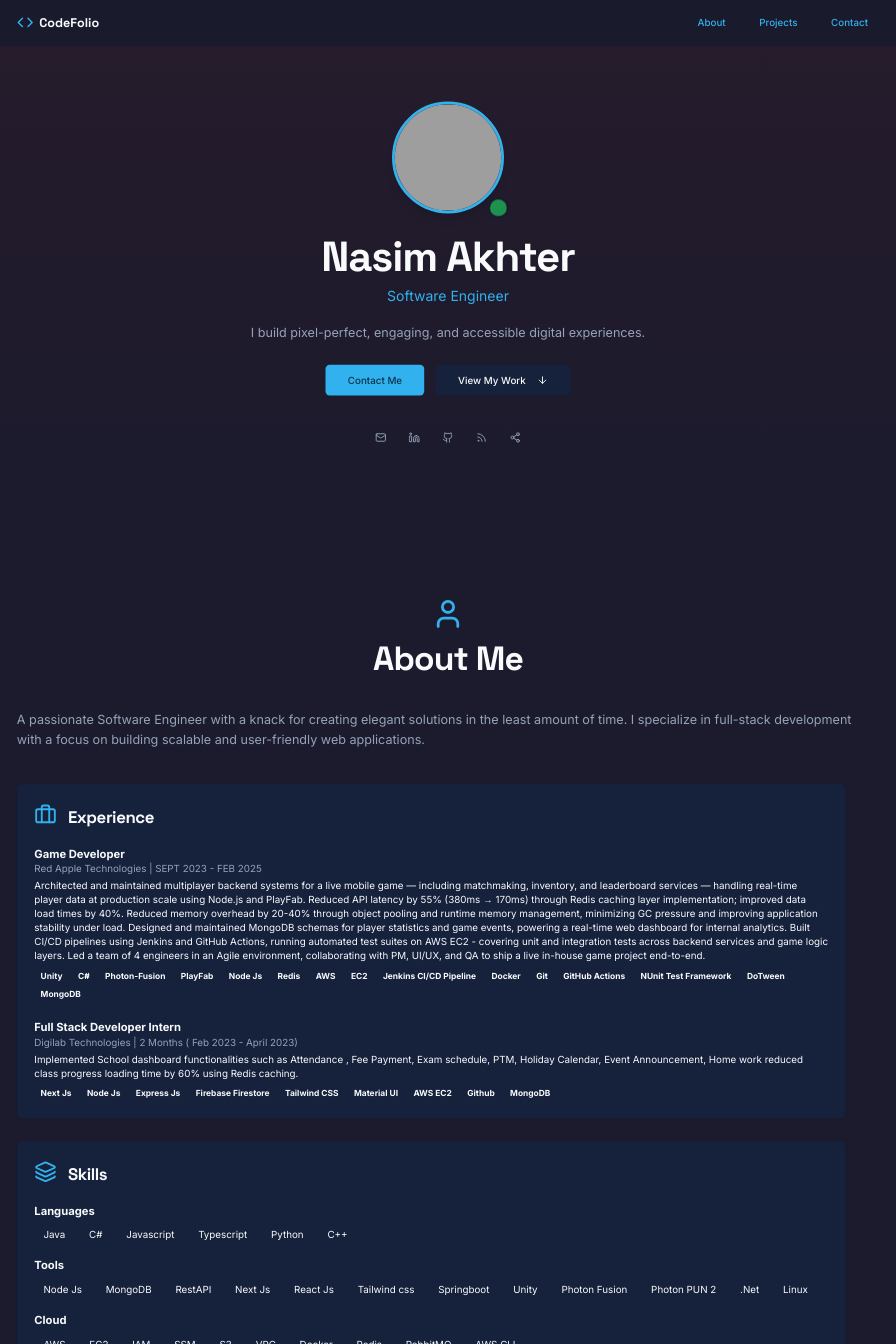
Repository: jagwar7/connect-jagwar
Page: /
An editor plug-in stored every save of this project. The page is shown before and after the next save, followed by the edit.
The browser window is 1280 px wide. The pictures show the part of the page from y = 0 to 1920 px (the page is 4477 px tall before and 720 px after), at 70% of full size.
Pictures or frames that could not be fetched are drawn as grey boxes. The project was rebuilt for these pictures with package versions that can differ from the ones it lists, and the page was loaded fresh each time. The framework's server and built-in components were replaced by stand-ins that run in the browser. Also part of the build but not shown: next.config.ts.

Above is the page before, as saved 2026-04-23 20:28:37.

After the next save:
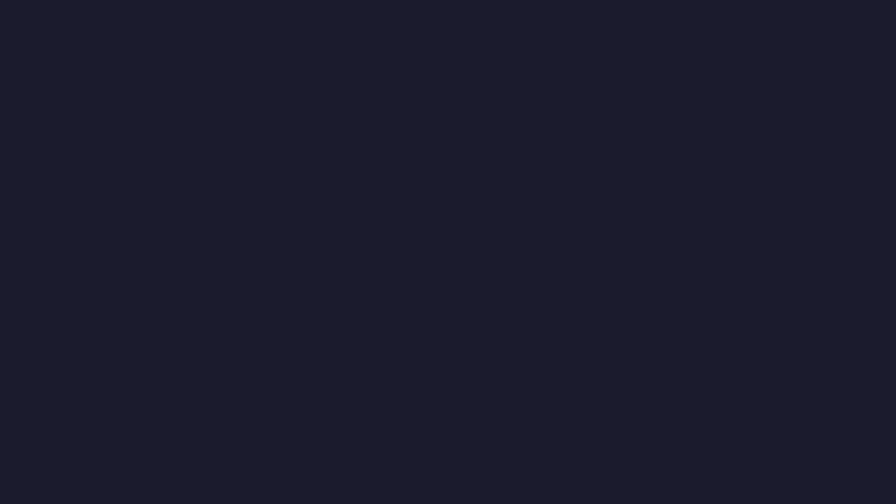
Saved 2 min 17 s later.
--- a/src/app/layout.tsx
+++ b/src/app/layout.tsx
@@ -23,7 +23,7 @@
         <link href="https://fonts.googleapis.com/css2?family=Source+Code+Pro:wght@400;500&display=swap" rel="stylesheet" />
       </head>
       <body className={cn('font-body antialiased')}>
-        {children}
+        {/* {children} */}
         <Toaster />
       </body>
     </html>

After the save that followed:
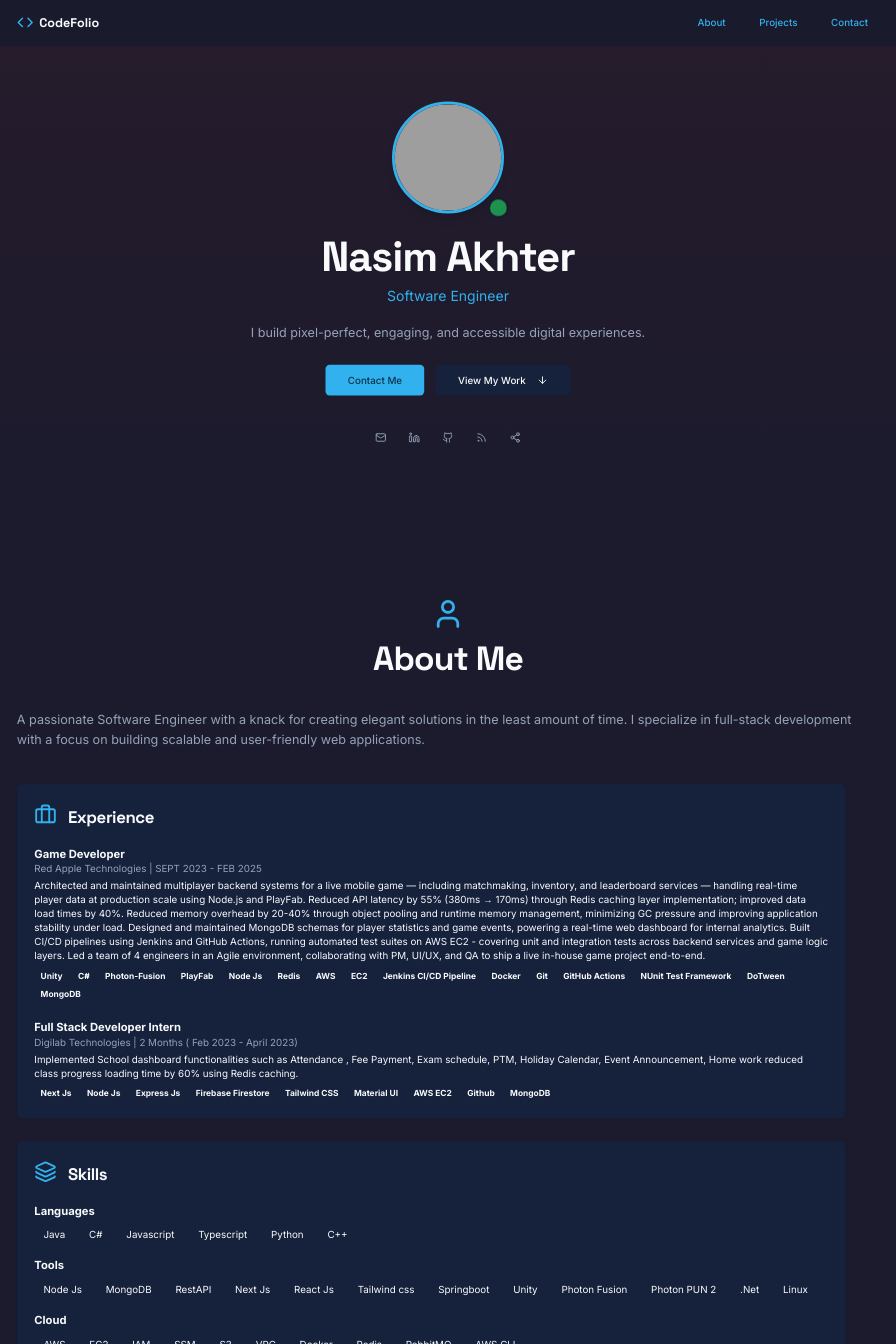
Saved 8 s later.
--- a/src/app/layout.tsx
+++ b/src/app/layout.tsx
@@ -23,7 +23,7 @@
         <link href="https://fonts.googleapis.com/css2?family=Source+Code+Pro:wght@400;500&display=swap" rel="stylesheet" />
       </head>
       <body className={cn('font-body antialiased')}>
-        {/* {children} */}
+        {children}
         <Toaster />
       </body>
     </html>
